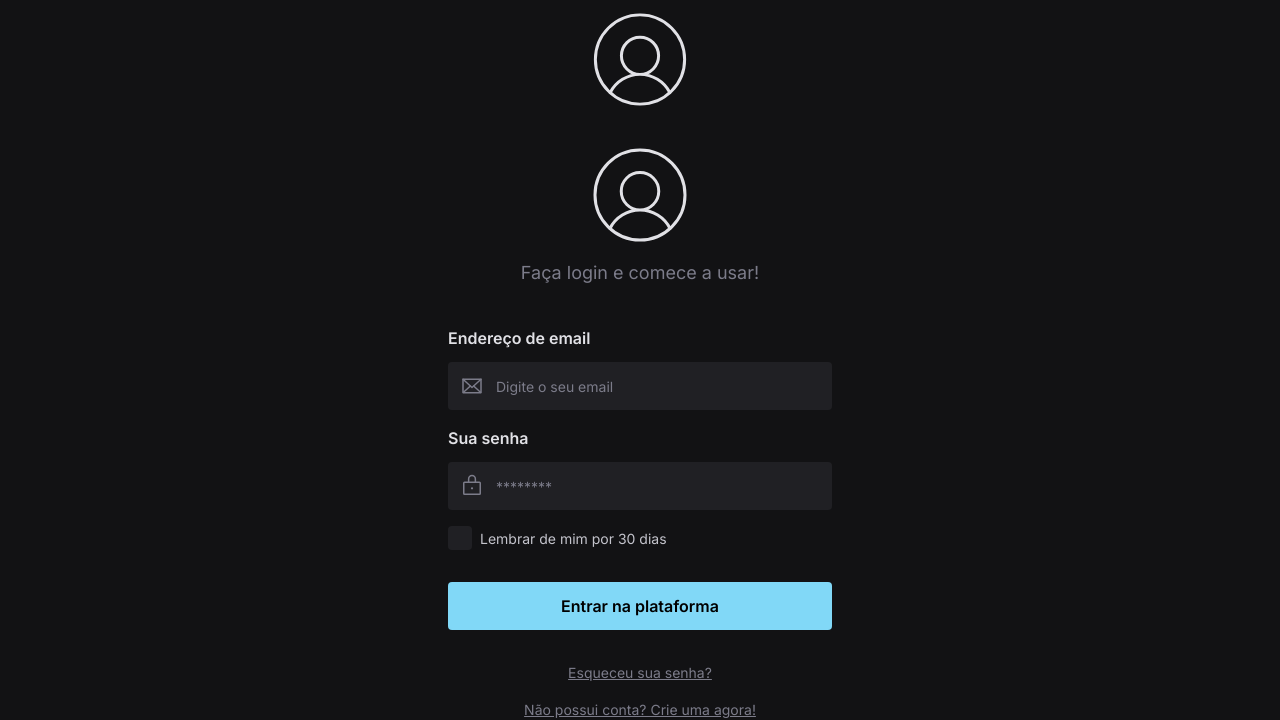
Repository: LuizAGDomingues/CreditCard-with-login
Page: /
The author's editor kept a copy of each file at every save. The page is drawn from the files as they stood at one save, then again after the next save.
The browser window is 1280 px wide. The pictures show the whole page.
The project was rebuilt for these pictures with package versions that can differ from the ones it lists, and the page was loaded fresh each time. Also part of the build but not shown: vite.config.ts.

Above is the page before, as saved 2022-10-23 01:46:43.

### index.html
<!DOCTYPE html>
<html lang="en">
  <head>
    <meta charset="UTF-8" />
    <link rel="preconnect" href="https://fonts.googleapis.com" />
    <link rel="preconnect" href="https://fonts.gstatic.com" crossorigin />
    <link rel="icon" type="image/svg+xml" href="/vite.svg" />
    <meta name="viewport" content="width=device-width, initial-scale=1.0" />
    <link href="https://fonts.googleapis.com/css2?family=Inter:wght@400;600;700&display=swap" rel="stylesheet" />

    <title>Lab Design System</title>
  </head>
  <body>
    <div id="root"></div>
    <script type="module" src="/src/main.tsx"></script>
  </body>
</html>

### src/App.tsx
import { SignIn } from './pages/SignIn';
import './styles/global.css';

export function App() {

  return (
    <SignIn />
  )
}

### src/pages/SignIn.tsx
import { Envelope, Lock } from 'phosphor-react';
import { FormEvent, useState } from 'react';
import axios from 'axios';
import { Button } from '../components/Button';
import { Checkbox } from '../components/Checkbox';
import { Heading } from '../components/Heading';
import { Logo } from '../components/Logo';
import { Text } from '../components/Text';
import { TextInput } from '../components/TextInput';

export function SignIn() {
  const [isUserSignedIn, setIsUserSignedIn] = useState(false)

  async function handleSignIn(event: FormEvent) {
    event.preventDefault();

    await axios.post('/sessions', {
      email: 'luizarthur1234@gmail.com',
      password: '12345678',
    })
    setIsUserSignedIn(true);
  }

  return (
    <div className='w-screen h-screen bg-gray-900 flex flex-col items-center justify-center text-gray-100'>
      <Logo />
      <header className='flex flex-col items-center'>
        <Heading size='lg' className='mt-4'>Ignite Lab</Heading>
        <Text size='lg' className='text-gray-400 mt-1'>Faça login e comece a usar!</Text>
      </header>
      <form onSubmit={handleSignIn} className='flex flex-col items-stretch w-full gap-4 max-w-sm mt-10'>
        {isUserSignedIn && <Text>Login realizado!</Text>}
        <label htmlFor="email" className='flex flex-col gap-3'>
          <Text className='font-semibold'>Endereço de email</Text>
          <TextInput.Root>
            <TextInput.Icon>
              <Envelope />
            </TextInput.Icon>
            <TextInput.Input type='email' id='email' placeholder='Digite o seu email' />
          </TextInput.Root>
        </label>
        <label htmlFor="email" className='flex flex-col gap-3'>
          <Text className='font-semibold'>Sua senha</Text>
          <TextInput.Root>
            <TextInput.Icon>
              <Lock />
            </TextInput.Icon>
            <TextInput.Input type='password' id='password' placeholder='********' />
          </TextInput.Root>
        </label>
        <label htmlFor="remember" className='flex items-center gap-2'>
          <Checkbox id='remember'/>
          <Text size='sm' className='text-gray-200'>Lembrar de mim por 30 dias</Text>
        </label>
        <Button type='submit' className='mt-4'>Entrar na plataforma</Button>
      </form>
      <footer className='flex flex-col items-center gap-4 mt-8'>
        <Text asChild size='sm'>
          <a href="" className='text-gray-400 underline hover:text-gray-200'>Esqueceu sua senha?</a>
        </Text>
        <Text asChild size='sm'>
          <a href="" className='text-gray-400 underline hover:text-gray-200'>Não possui conta? Crie uma agora!</a>
        </Text>
      </footer>
    </div>
  )
}

### src/components/Button.tsx
import { ButtonHTMLAttributes, ReactNode } from 'react';
import { Slot } from '@radix-ui/react-slot';
import { clsx } from 'clsx';

export interface ButtonProps extends ButtonHTMLAttributes<HTMLButtonElement> {
  children: ReactNode;
  asChild?: boolean;
}

export function Button({ children, asChild, className, ...props }: ButtonProps) {
  const Comp = asChild ? Slot : 'button';
  return (
    <Comp className={clsx('py-3 px-4 bg-cyan-500 rounded font-semibold text-black text-sm w-full transition-colors hover:bg-cyan-300 focus:ring-2 ring-white', className
    )} {...props}>
      {children}
    </Comp>
  )
}

### src/components/Checkbox.tsx
import * as CheckboxPrimitive from '@radix-ui/react-checkbox'
import { Check } from 'phosphor-react'

export interface CheckboxProps extends CheckboxPrimitive.CheckboxProps {}

export function Checkbox(props: CheckboxProps) {
  return (
    <CheckboxPrimitive.Root className='w-6 h-6 p-[2px] bg-gray-800 rounded' {...props}>
      <CheckboxPrimitive.Indicator asChild>
        <Check weight='bold' className='h-5 w-5 text-cyan-500'/>
      </CheckboxPrimitive.Indicator>
    </CheckboxPrimitive.Root>
  )
}

### src/components/Heading.tsx
import { SVGAttributes } from 'react';

interface HeadingProps extends React.SVGAttributes<HTMLOrSVGElement>{}

export function Heading(props: HeadingProps) {
  return (
    <svg
      width={120}
      height={120}
      viewBox="0 0 120 120"
      fill="none"
      xmlns="http://www.w3.org/2000/svg"
      {...props}
    >
      <path
        d="M60 105c24.853 0 45-20.147 45-45S84.853 15 60 15 15 35.147 15 60s20.147 45 45 45z"
        stroke="#E1E1E6"
        strokeWidth={3}
        strokeLinecap="round"
        strokeLinejoin="round"
      />
      <path
        d="M60 75c10.355 0 18.75-8.395 18.75-18.75S70.355 37.5 60 37.5s-18.75 8.395-18.75 18.75S49.645 75 60 75zM29.906 93.469a33.75 33.75 0 0160.188 0"
        stroke="#E1E1E6"
        strokeWidth={3}
        strokeLinecap="round"
        strokeLinejoin="round"
      />
    </svg>
  )
}

### src/components/Logo.tsx
import { SVGAttributes } from 'react';

interface LogoProps extends React.SVGAttributes<HTMLOrSVGElement>{}

export function Logo(props: LogoProps) {
  return (
    <svg
      width={120}
      height={120}
      viewBox="0 0 120 120"
      fill="none"
      xmlns="http://www.w3.org/2000/svg"
      {...props}
    >
      <path
        d="M60 105c24.853 0 45-20.147 45-45S84.853 15 60 15 15 35.147 15 60s20.147 45 45 45z"
        stroke="#E1E1E6"
        strokeWidth={3}
        strokeLinecap="round"
        strokeLinejoin="round"
      />
      <path
        d="M60 75c10.355 0 18.75-8.395 18.75-18.75S70.355 37.5 60 37.5s-18.75 8.395-18.75 18.75S49.645 75 60 75zM29.906 93.469a33.75 33.75 0 0160.188 0"
        stroke="#E1E1E6"
        strokeWidth={3}
        strokeLinecap="round"
        strokeLinejoin="round"
      />
    </svg>
  )
}

### src/components/Text.tsx
import { ReactNode } from 'react';
import { Slot } from '@radix-ui/react-slot';
import { clsx } from 'clsx';

export interface TextProps {
  size?: 'sm' | 'md' | 'lg';
  children: ReactNode;
  asChild?: boolean;
  className?: string;
}

export function Text({ size = 'md', children, asChild, className }: TextProps) {
  const Comp = asChild ? Slot : 'span';
  return (
    <Comp className={clsx('text-gray-100 font-sans', {
      'text-xs': size === 'sm',
      'text-sm': size === 'md',
      'text-md': size === 'lg',
    }, className)}>
      {children}
    </Comp>
  )
}

### src/components/TextInput.tsx
import { InputHTMLAttributes, ReactNode } from 'react';
import { Slot } from '@radix-ui/react-slot';


export interface TextInputRootProps {
  children: ReactNode;
}

function TextInputRoot(props: TextInputRootProps) {
  return (
    <div className='flex items-center gap-3 h-12 py-4 px-3 rounded bg-gray-800 w-full  focus-within:ring-2 ring-cyan-300'>
      {props.children}
    </div>
  )
}
TextInputRoot.displayName = 'TextInput.Root'

export interface TextInputIconProps {
  children: ReactNode;
}

function TextInputIcon(props: TextInputIconProps) {
  return(
    <Slot className='w-6 h-6 text-gray-400'>
      {props.children}
    </Slot>
  )
}
TextInputIcon.displayName = 'TextInput.Icon'

export interface TextInputInputProps extends InputHTMLAttributes<HTMLInputElement> {}

function TextInputInput(props: TextInputInputProps) {
  return (
    <input className='bg-transparent flex-1 text-gray-100 text-xs outline-none placeholder:text-gray-400'
      {...props}
    />
  )
}
TextInputInput.displayName = 'TextInput.Input'

export const TextInput = {
  Root: TextInputRoot,
  Icon: TextInputIcon,
  Input: TextInputInput,
}

### tailwind.config.cjs
/** @type {import('tailwindcss').Config} */
module.exports = {
  content: [
    './src/**/*.tsx',
  ],
  theme: {
    fontSize: {
      xs: 14,
      sm: 16,
      md: 18,
      lg: 20,
      xl: 24,
      '2xl': 32,
    },
    colors: {
      black: '#000',
      white: 'FFF',
      transparent: 'transparent',
      gray: {
        100: '#e1e1e6',
        200: '#c4c4cc',
        400: '#7c7c8a',
        800: '#202024',
        900: '#121214',

      },
      cyan: {
        300: '#9be1fb',
        500: '#81d8f7',
      },
    },
    extend: {
      fontFamily: {
        sans: 'Inter, sans-serif',
      },
    },
  },
  plugins: [],
}

Loaded but not shown: src/main.tsx (common file); src/styles/global.css (common file)

After the next save:
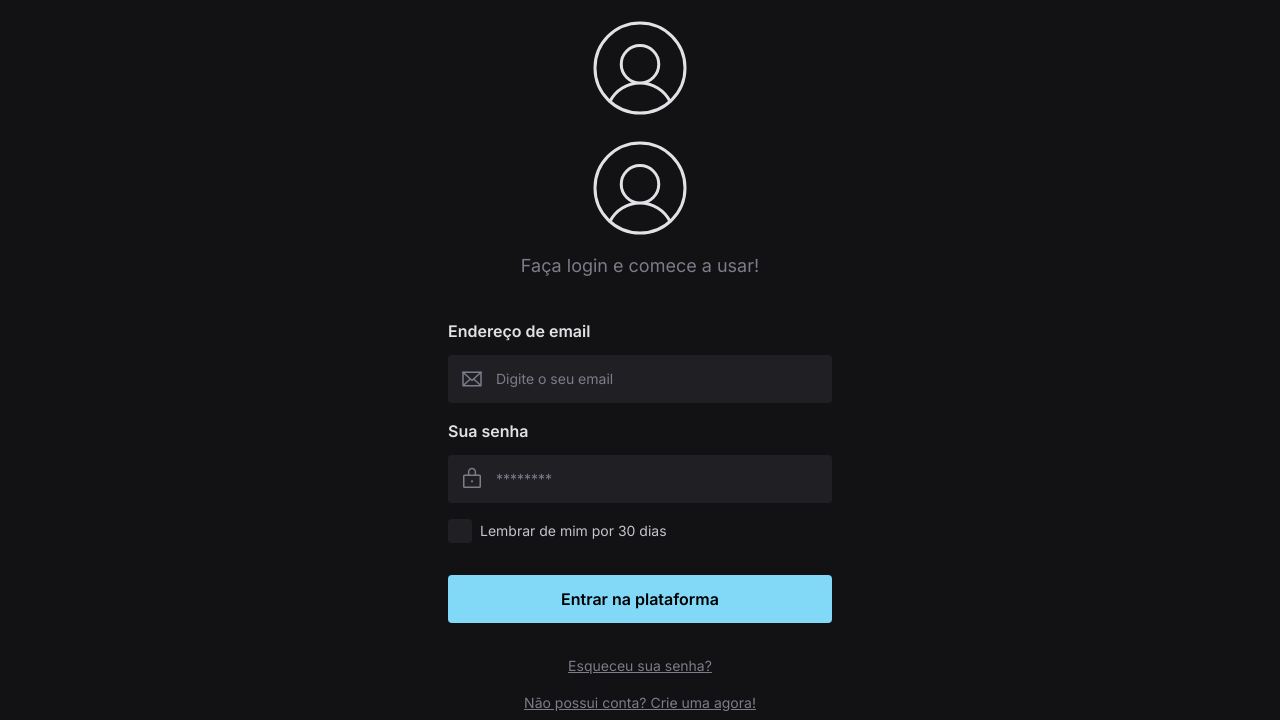
Saved 12 s later.
--- a/src/pages/SignIn.tsx
+++ b/src/pages/SignIn.tsx
@@ -25,7 +25,7 @@
     <div className='w-screen h-screen bg-gray-900 flex flex-col items-center justify-center text-gray-100'>
       <Logo />
       <header className='flex flex-col items-center'>
-        <Heading size='lg' className='mt-4'>Ignite Lab</Heading>
+        <Heading />
         <Text size='lg' className='text-gray-400 mt-1'>Faça login e comece a usar!</Text>
       </header>
       <form onSubmit={handleSignIn} className='flex flex-col items-stretch w-full gap-4 max-w-sm mt-10'>
